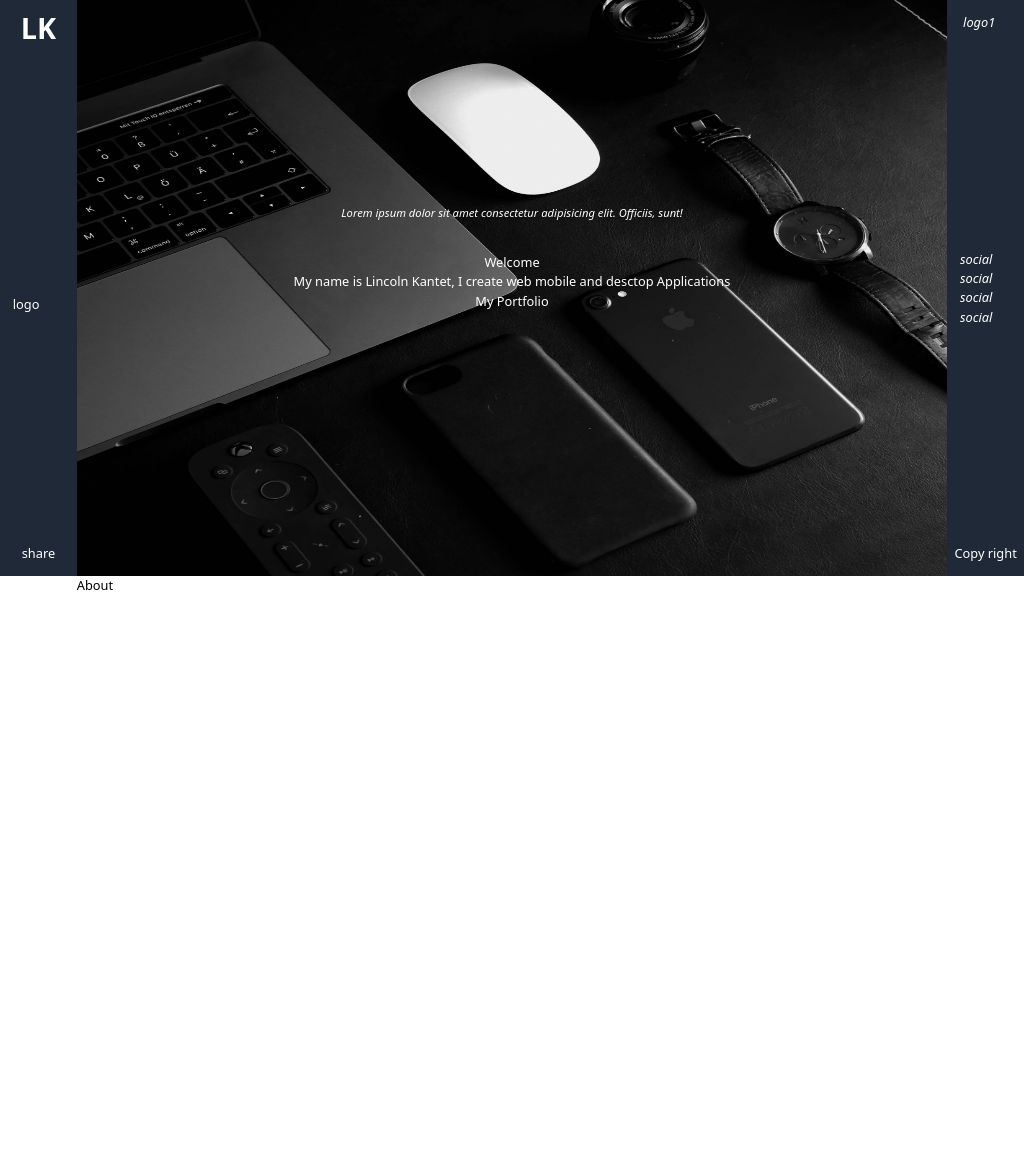
Repository: linco6054/template-tailwindcss
Page: index.html
These files come from the project's save history. The page is drawn as it stood at one moment and after the next save; the edit follows.
The browser window is 1280 px wide. The pictures show the whole page, at 80% of full size.

Above is the page before, as saved 2021-08-17 16:07:08.

### index.html
<!DOCTYPE html>
<html lang="en">

  <head>
    <meta charset="UTF-8" />
    <meta http-equiv="X-UA-Compatible" content="IE=edge" />
    <meta name="viewport" content="width=device-width, initial-scale=1.0" />
    <link href="https://unpkg.com/tailwindcss@^2/dist/tailwind.min.css" rel="stylesheet" />

    <title>Document</title>
  </head>

  <body class="text-white relative max-w-full h-auto flex flex-col lg:flex-row">
    <!-- nav -->
    <nav class="
        fixed
        top-0
        lg:left-0
        overflow-hidden
        bg-gray-800
        h-20
        flex
        justify-between
        lg:flex-col
        items-center
        w-full
        lg:w-24 lg:h-screen
        z-50
      ">
      <span>
        <h1 class="mx-4 lg:mt-4 text-4xl font-bold">LK</h1>
      </span>
      <div class="mx-4 cursor-pointer">
        <i class="opacity-0 hover:opacity-100">menu</i>
        <span>logo</span>
      </div>

      <span class="mx-4 lg:mb-4">share</span>
    </nav>
    <!-- pages -->
    <section class="
        px-0
        lg:px-24
        overflow-hidden
        flex-col
        md:w-full
        lg:w-full
        h-auto
        text-black
        pt-20
        md:pt-0

      ">
      <div class="h-screen w-full relative overflow-hidden">
        <img class="absolute  z-0 h-full w-full" src="/images/bg.jpg" alt="">

        <div class="px-10 absolute text-white top-64 w-full z-20 flex flex-col justify-center items-center  ">
          <i class="text-sm mb-10">Lorem ipsum dolor sit amet consectetur adipisicing elit. Officiis, sunt!</i>
          <h1>Welcome</h1>
          <p>My name is Lincoln Kantet, I create web mobile and desctop Applications</p>
          <button>My Portfolio</button>

        </div>
      </div>
      </div>
      <div class="h-screen">About</div>
    </section>
    <!-- footer -->
    <footer class="
        lg:fixed lg:right-0
        overflow-hidden
        w-full
        lg:w-24
        bg-gray-800
        h-20
        flex
        lg:h-screen
        flex-row-reverse
        justify-between
        items-center
        lg:flex-col
      ">
      <span class="mr-4 lg:mt-4">
        <i>logo1</i>
      </span>
      <span class="ml-4">
        <i>social</i>
        <i>social</i>
        <i>social</i>
        <i>social</i>
      </span>
      <span class="hidden lg:block lg:mb-4">Copy right</span>
    </footer>
  </body>

</html>

After the next save:
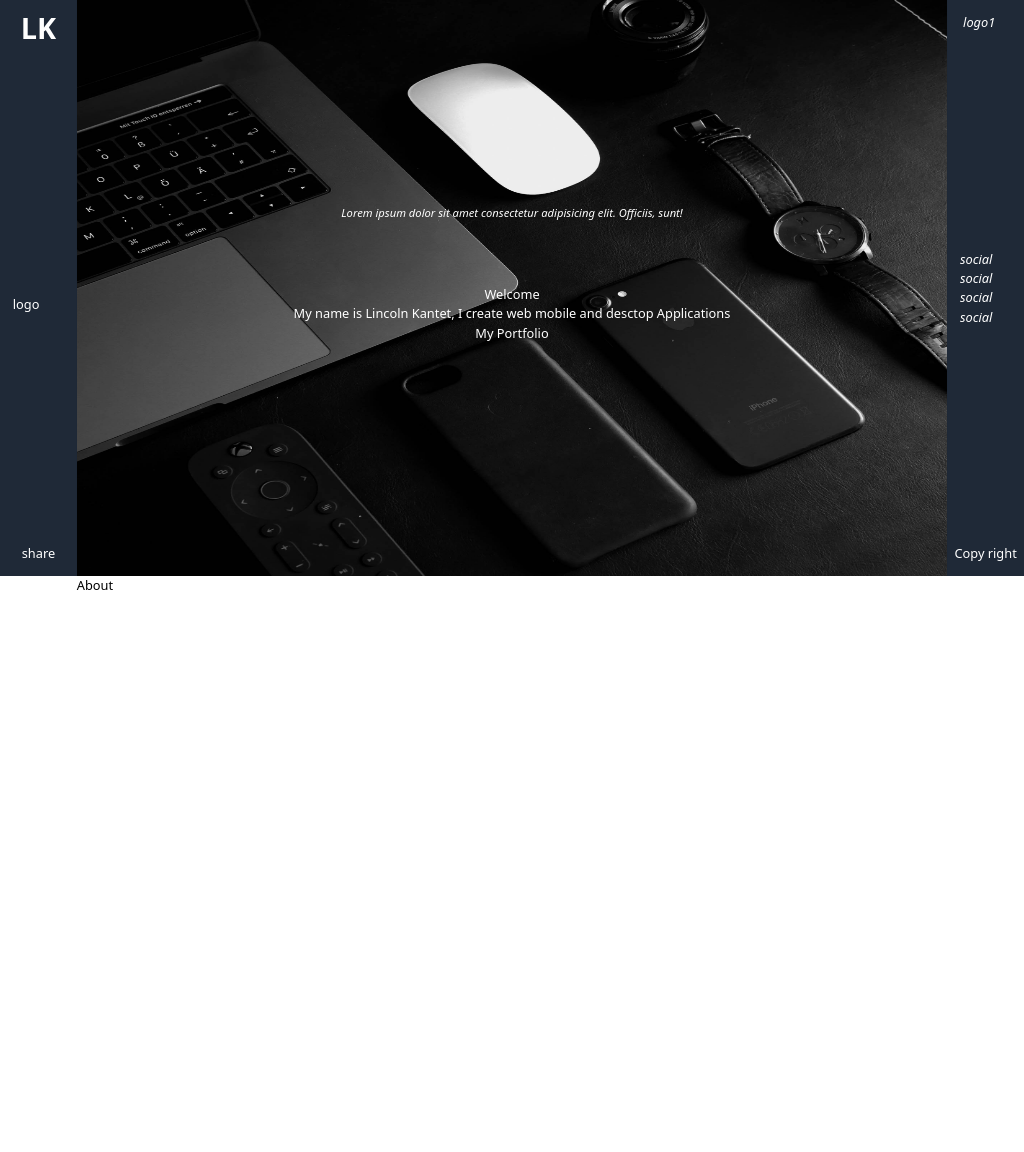
Saved 16 s later.
--- a/index.html
+++ b/index.html
@@ -55,7 +55,7 @@
         <img class="absolute  z-0 h-full w-full" src="/images/bg.jpg" alt="">
 
         <div class="px-10 absolute text-white top-64 w-full z-20 flex flex-col justify-center items-center  ">
-          <i class="text-sm mb-10">Lorem ipsum dolor sit amet consectetur adipisicing elit. Officiis, sunt!</i>
+          <i class="text-sm mb-20">Lorem ipsum dolor sit amet consectetur adipisicing elit. Officiis, sunt!</i>
           <h1>Welcome</h1>
           <p>My name is Lincoln Kantet, I create web mobile and desctop Applications</p>
           <button>My Portfolio</button>

After the save that followed:
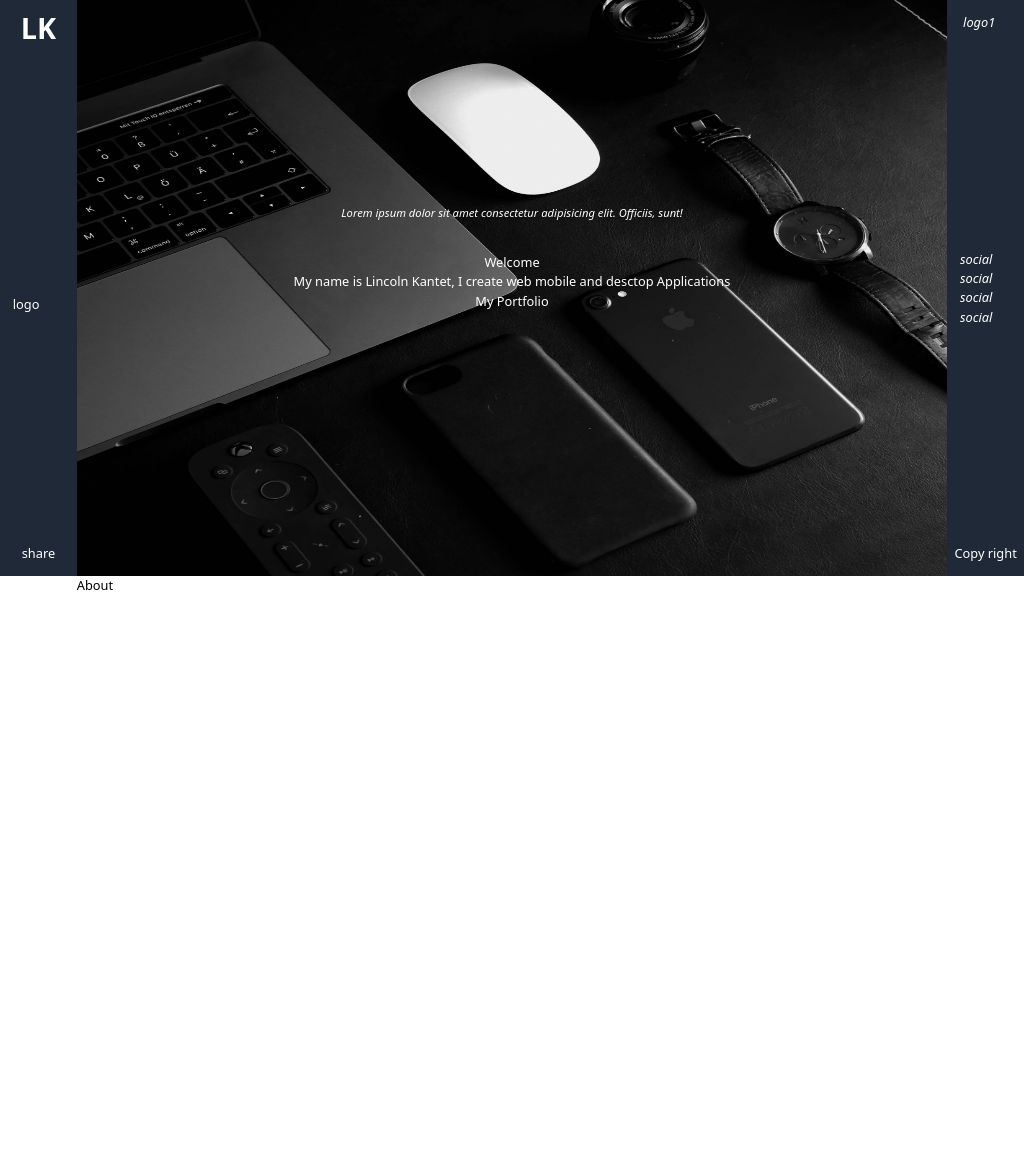
Saved 14 s later.
--- a/index.html
+++ b/index.html
@@ -55,7 +55,7 @@
         <img class="absolute  z-0 h-full w-full" src="/images/bg.jpg" alt="">
 
         <div class="px-10 absolute text-white top-64 w-full z-20 flex flex-col justify-center items-center  ">
-          <i class="text-sm mb-20">Lorem ipsum dolor sit amet consectetur adipisicing elit. Officiis, sunt!</i>
+          <i class="text-sm mb-10">Lorem ipsum dolor sit amet consectetur adipisicing elit. Officiis, sunt!</i>
           <h1>Welcome</h1>
           <p>My name is Lincoln Kantet, I create web mobile and desctop Applications</p>
           <button>My Portfolio</button>
